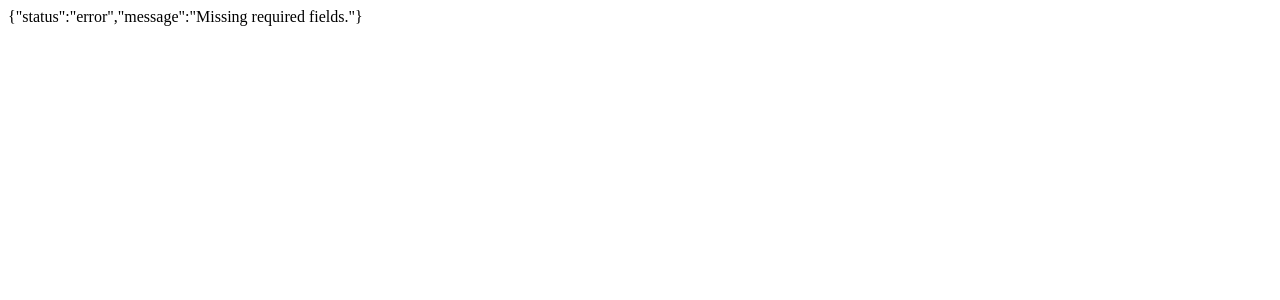
Repository: malingubarnice/Online-Reservation-System
Page: http://localhost/book_room.php
The author's editor kept a copy of each file at every save. The page is drawn from the files as they stood at one save, then again after the next save.
The browser window is 1280 px wide. The pictures show the whole page.
The page is run by PHP 8.4 with error messages shown; the project is at /var/www/html/.

Above is the page before, as saved 2025-01-07 13:05:11.

After the next save:
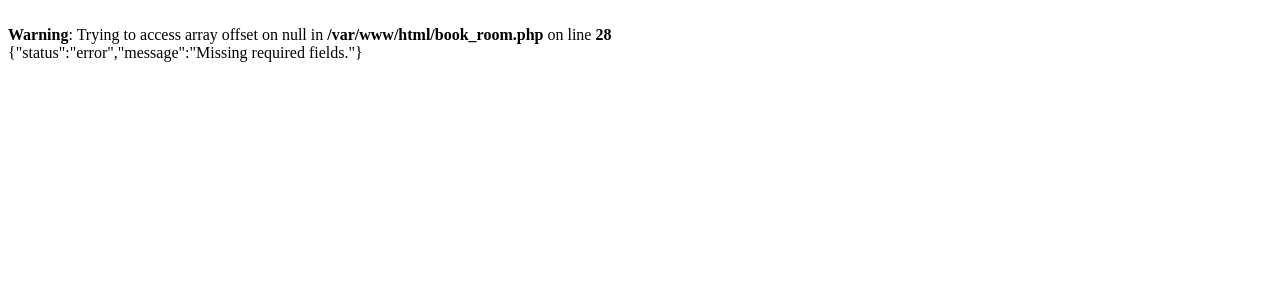
Saved 3 min 57 s later.
--- a/book_room.php
+++ b/book_room.php
@@ -20,6 +20,12 @@ if ($conn->connect_error) {
 // Read raw POST data from the request body
 $input = file_get_contents('php://input');
 $data = json_decode($input, true);
+
+// Log the received data to check if contact_info is included
+error_log("Received data: " . print_r($data, true));  // Log the whole incoming data array
+
+// Log specific contact_info to ensure it's received correctly
+error_log("Received contact_info: " . $data['contact_info']);  // This should log the contact_info value
 
 // Check if all required fields are present
 if (isset($data['room_id'], $data['check_in_date'], $data['check_out_date'], $data['guest_count'], $data['contact_info'])) {
